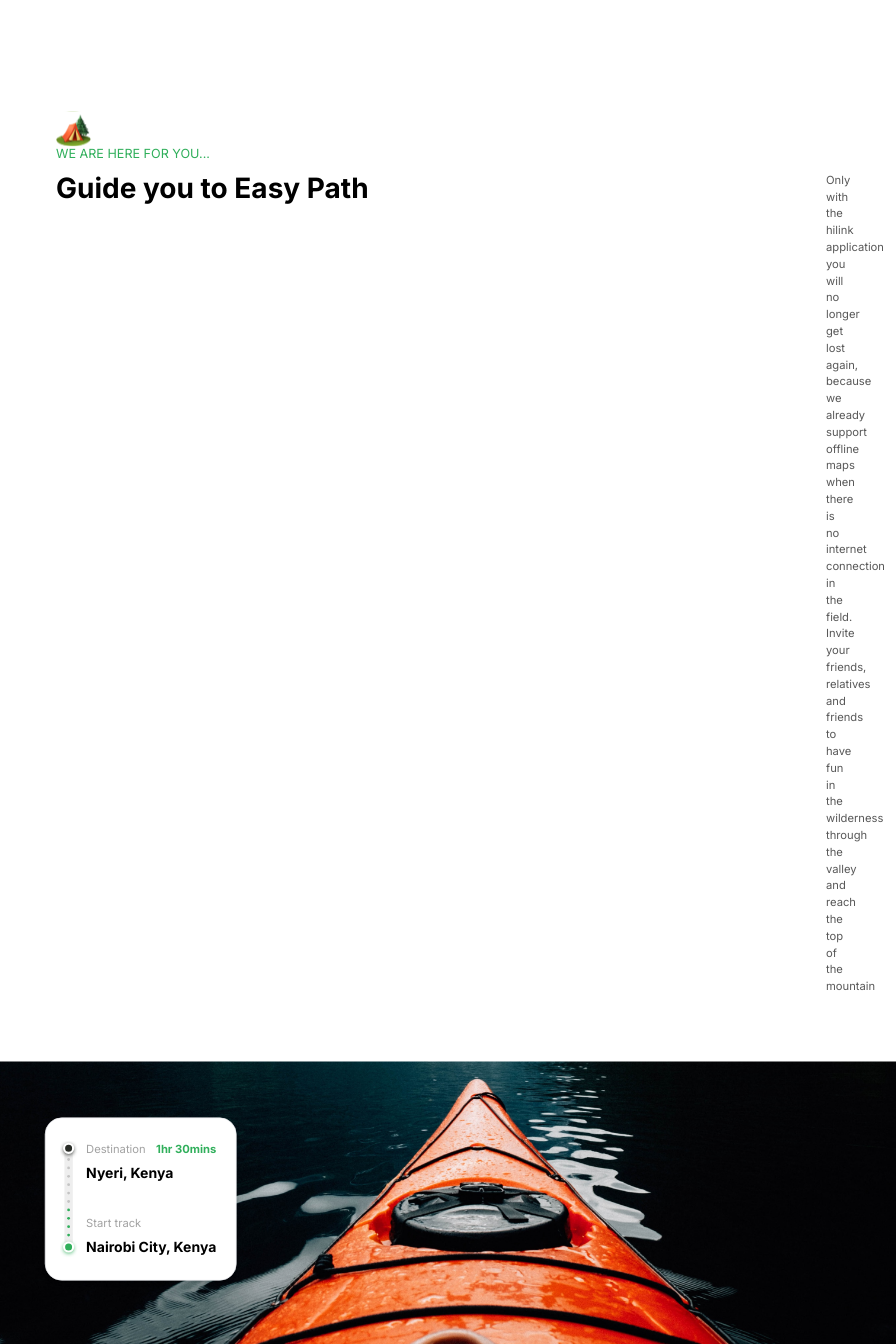
Repository: martin-raphael/travel_agency
Page: /
The author's editor kept a copy of each file at every save. The page is drawn from the files as they stood at one save, then again after the next save.
The browser window is 1280 px wide. The pictures show the part of the page from y = 1669 to 3589 px (the page is 3744 px tall before and 2728 px after), at 70% of full size.
The project was rebuilt for these pictures with package versions that can differ from the ones it lists, and the page was loaded fresh each time. The framework's server and built-in components were replaced by stand-ins that run in the browser. Also part of the build but not shown: next.config.mjs.

Above is the page before, as saved 2024-08-09 00:35:53.

### app/layout.tsx
import type { Metadata } from "next";
import Navbar from "@/components/Navbar";
import Footer from "@/components/Footer";
import "./globals.css";

export const metadata: Metadata = {
  title: "Travel App",
  description: "Beauty of Nature",
};

export default function RootLayout({
  children,
}: Readonly<{
  children: React.ReactNode;
}>) {
  return (
    <html lang="en">
      <body>
        <Navbar />
        <main className="relative overflow-hidden">{children}</main>
        <Footer />
      </body>
    </html>
  );
}

### components/Navbar.tsx
import { NAV_LINKS } from "@/constants";
import Image from "next/image";
import Link from "next/link";
import React from "react";
import Button from "./Button";

const Navbar = () => {
  return (
    <nav className=" flexBetween max-container padding-container relative z-30 py-3">
      <Link href="/">
        <Image src="/hilink-logo.svg" alt="logo" width={74} height={29} />
      </Link>
      <ul className="hidden h-full gap-12 lg:flex">
        {NAV_LINKS.map((link) => (
          <Link
            href={link.href}
            key={link.key}
            className="regular-16 text-gray-50 flexCenter cursor-pointer pb-1.5 transition-all hover:font-bold"
          >
            {link.label}
          </Link>
        ))}
      </ul>

      <div className=" lg:flexCenter hidden">
        <Button
          type="button"
          title="Get Started"
          icon="/user.svg"
          variant="btn_dark_green"
        />
      </div>
      <Image
        src="menu.svg"
        alt="menu"
        width={32}
        height={32}
        className="inline-block cursor-pointer lg:hidden"
      />
    </nav>
  );
};

export default Navbar;

### components/Camp.tsx
import { PEOPLE_URL } from "@/constants";
import Image from "next/image";
import React from "react";
interface CampProps {
  backgroundImage: string;
  title: string;
  subtitle: string;
  peopleJoined: string;
}

const CampSite = ({
  backgroundImage,
  title,
  subtitle,
  peopleJoined,
}: CampProps) => {
  return (
    <div
      className={`h-full w-full min-w-[1100px] ${backgroundImage}
  bg-cover bg-no-repeat lg:rounded-r-5xl 2xl:rounded-5xl`}
    >
      <div className="flex h-full flex-col items-start justify-between p-6 lg:px-20 lg:py-10">
        <div className="flexCenter gap-4">
          <div className="rounded-full bg-green-50 p-4">
            <Image
            src="/folded-map.svg"
            alt="map"
            width={28}
            height={28} />
          </div>
          <div className="flex flex-col gap-1">
            <h4 className="bold-18 text-white"> {title}</h4>
            <p className="regular-14 text-white"> {subtitle}</p>
          </div>
        </div>

        <div className="flexCenter gap-6 ">
          <span className="flex -space-x-4 overflow-hidden">
            {PEOPLE_URL.map((url) => (
              <Image
              className="inline-block h-10 w-10 rounded-full"
              src={url}
              key={url}
              alt="people"
              width={52}
              height={52} />
            ))}
          </span>
          <p className="bold-16 md:bold-20 text-white"> {peopleJoined}</p>
        </div>
      </div>
    </div>
  );
};

const Camp = () => {
  return (
    <section
      className=" 2xl:max-container relative flex flex-col py-10 lg:mb-10 lg:py-20 xl:mb-20"
    >
      <div
        className="hide-scrollbar flex h-[340px] w-full items-start
      justify-start gap-8 overflow-x-auto lg:h-[400px] xl:h-[640px]"
      >
        <CampSite
          backgroundImage="bg-bg-img-1"
          title="Luxury Camp site"
          subtitle="Nyeri, Kenya"
          peopleJoined="300+ visited"
        />
        <CampSite
         backgroundImage="bg-bg-img-2"
         title="The Ranch Camp site"
         subtitle="Kirinyaga, Kenya"
         peopleJoined="800+ visited" />
      </div>
      <div className="flexEnd mt-10 px-6 lg:-mt-60 lg:mr-6">
          <div className="bg-green-50 p-8 lg:max-w-[500px] xl:max-w-[734px]
          xl:rounded-5xl xl:px-16 xl:py-20 relative w-full overflow-hidden rounded-3xl">
            <h2 className="regular-24 md:regular-32 2xl:regular-64 capitalize text-white">
              <strong>Feeling lost</strong> and you want to explore the Central Kenya?
            </h2>
            <p className="regular-14 xl:regular-16 mt-5 text-white">Starting from the anxiety of the climbers when visiting a new climbing location, the possibility of getting lost is very large.
               That&apos;s why we are here for those of you who want to start an adventure.</p>

               <Image src="/quote.svg" alt="Quote" width={186} height={219} className="camp-quote"/>

          </div>
      </div>
    </section>
  );
};

export default Camp;

### components/Guide.tsx
import Image from "next/image";
import React from "react";

const Guide = () => {
  return (
    <section className="flexCenter flex-col">
      <div className=" padding-container max-container w-full pb-24">
        <Image src="/camp.svg" alt="camp" width={50} height={50} />
        <p className="uppercase regular-18 -mt-1 mb-3 text-green-50">
          We are here for you...
        </p>
        <div className="flex flex-wrap justify-between gap-5 lg:gap-10">
          <h2 className="bold-40 lg:bold-60 xl:mx-w-[390px]">
            Guide you to Easy Path
          </h2>
          <p className="regular-16 text-gray-50 xl:max-w-[20px]">
            Only with the hilink application you will no longer get lost again,
            because we already support offline maps when there is no internet
            connection in the field. Invite your friends, relatives and friends
            to have fun in the wilderness through the valley and reach the top
            of the mountain
          </p>
        </div>
      </div>
      <div className="flexCenter max-container relative w-full ">
        <Image
          className="w-full object-cover object-center 2xl:rounded-5xl"
          src="/boat.png"
          alt="boat"
          width={1440}
          height={580}
        />

        <div className="absolute flex bg-white py-8 pl-5 pr-7 gap-3 rounded-3xl border
        shadow-md md:left-[5%] lg:top-20">
          <Image
          className="h-full w-auto"
          src="/meter.svg"
          alt="meter"
          width={16}
          height={158}/>
          <div className="flexBetween flex-col">
              <div className="flex w-full flex-col">
                <div className="flexBetween w-full">
                  <p className="regular-16 text-gray-20">Destination </p>
                  <p className="bold-16 text-green-50"> 1hr 30mins</p>
                </div>
                <p className="bold-20 mt-2">Nyeri, Kenya</p>
              </div>
              <div className="flex w-full flex-col">
                  <p className="regular-16 text-gray-20">Start track </p>
                  <h4 className="bold-20 mt-2 whitespace-nowrap"> Nairobi City, Kenya</h4>
              </div>
          </div>

        </div>
      </div>
    </section>
  );
};

export default Guide;

### components/Hero.tsx
import Image from "next/image";
import React from "react";
import Button from "./Button";

const Hero = () => {
  return (
    <section
      className=" max-container padding-container flex
    flex-col gap-20 lg:py-20 py-10 pb-32 md:gap-28 xl:flex-row
    "
    >
      <div className="hero-map" />

      {/* LEFT SIDE-*/}

      <div className="relative z-20 flex flex-1 flex-col xl:w-1/2">
        <Image
          src="/camp.svg"
          alt="camp"
          width={50}
          height={50}
          className="absolute left-[-5px] top-[-30px] w-10 lg:w-[50px]"
        />
        <h1 className="bold-52 lg:bold-88"> Central Kenya Camp Site</h1>
        <p className="regular-16 mt-6 text-gray-30 xl:max-w-[520px]">
          We want to be on each of your journeys seeking the satisfaction of
          seeing the incorruptible beauty of nature. We can help you on an
          adventure around the world in just one app
        </p>

        <div className="my-11 flex flex-wrap gap-5">
          <div className="flex items-center gap-2">
            {Array(5)
              .fill(1)
              .map((_, index) => (
                <Image
                  src="/star.svg"
                  alt="Ratings"
                  key={index}
                  width={24}
                  height={24}
                />
              ))}
          </div>
          <p className="bold-16 lg:bold-20 text-blue-70">
            200K
            <span className="regular-16 lg:regular-20 ml-1 underline">
              Excellent Reviews
            </span>
          </p>
        </div>
        <div className="flex flex-col w-full gap-3 sm:flex-row">
          <Button type="button" title="Download App" variant="btn_green" />

          <Button
            type="button"
            title="How we work? "
            icon="/play.svg"
            variant="btn_white"
          />
        </div>
      </div>

      <div className="relative flex flex-1 items-start">
        <div className="relative z-20  w-[268px] flex flex-col gap-8 rounded-3xl bg-green-90 px-7 py-8">
          <div className="flex flex-col">
            <div className="flexBetween">
              <p className="regular-16 text-gray-20">Location</p>
              <Image src="/close.svg" alt="close" width={24} height={24} />
            </div>
            <p className="bold-20 text-white"> Nyeri Region</p>
          </div>
            <div className="flexBetween">
              <div className="flex flex-col">
                <p className="regular-16 block text-gray-20">Distance</p>
                <p className="bold-20 text-white"> 4,420 mi</p>
              </div>
              <div className="flex flex-col">
                <p className="regular-16 block text-gray-20">Elavation</p>
                <p className="bold-20 text-white"> 2.040 km</p>
              </div>
            </div>
          </div>
        </div>

    </section>
  );
};

export default Hero;

### components/Button.tsx
import Image from "next/image";

type ButtonProps = {
  type: "button" | "submit";
  title: string;
  icon?: string;
  variant?: string;
  full?:boolean;
};

const Button = ({ type, title, icon, variant, full }: ButtonProps) => {
  return (
    <button
      className={`flexCenter gap-4 rounded-full border ${variant} ${full && 'w-full'}`}
      type={type}
    >
      {icon && <Image src={icon} alt={title} width={24} height={24} />}
      <label className=" bold-16 whitespace-nowrap cursor-pointer">{title}</label>
    </button>
  );
};

export default Button;

Loaded but not shown: app/page.tsx (common file); components/Footer.tsx (common file); app/globals.css (common file); components/Features.tsx (common file); components/GetApp.tsx (common file); constants/index.ts (common file); tailwind.config.ts (common file)

After the next save:
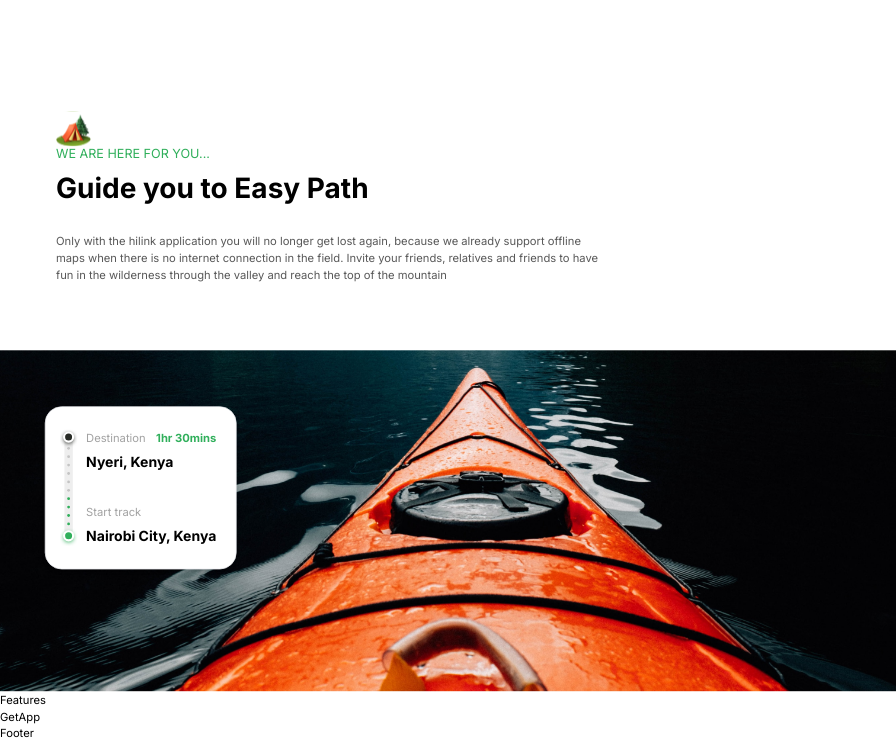
Saved 22 s later.
--- a/components/Guide.tsx
+++ b/components/Guide.tsx
@@ -13,7 +13,7 @@ const Guide = () => {
           <h2 className="bold-40 lg:bold-60 xl:mx-w-[390px]">
             Guide you to Easy Path
           </h2>
-          <p className="regular-16 text-gray-50 xl:max-w-[20px]">
+          <p className="regular-16 text-gray-50 xl:max-w-[780px]">
             Only with the hilink application you will no longer get lost again,
             because we already support offline maps when there is no internet
             connection in the field. Invite your friends, relatives and friends
